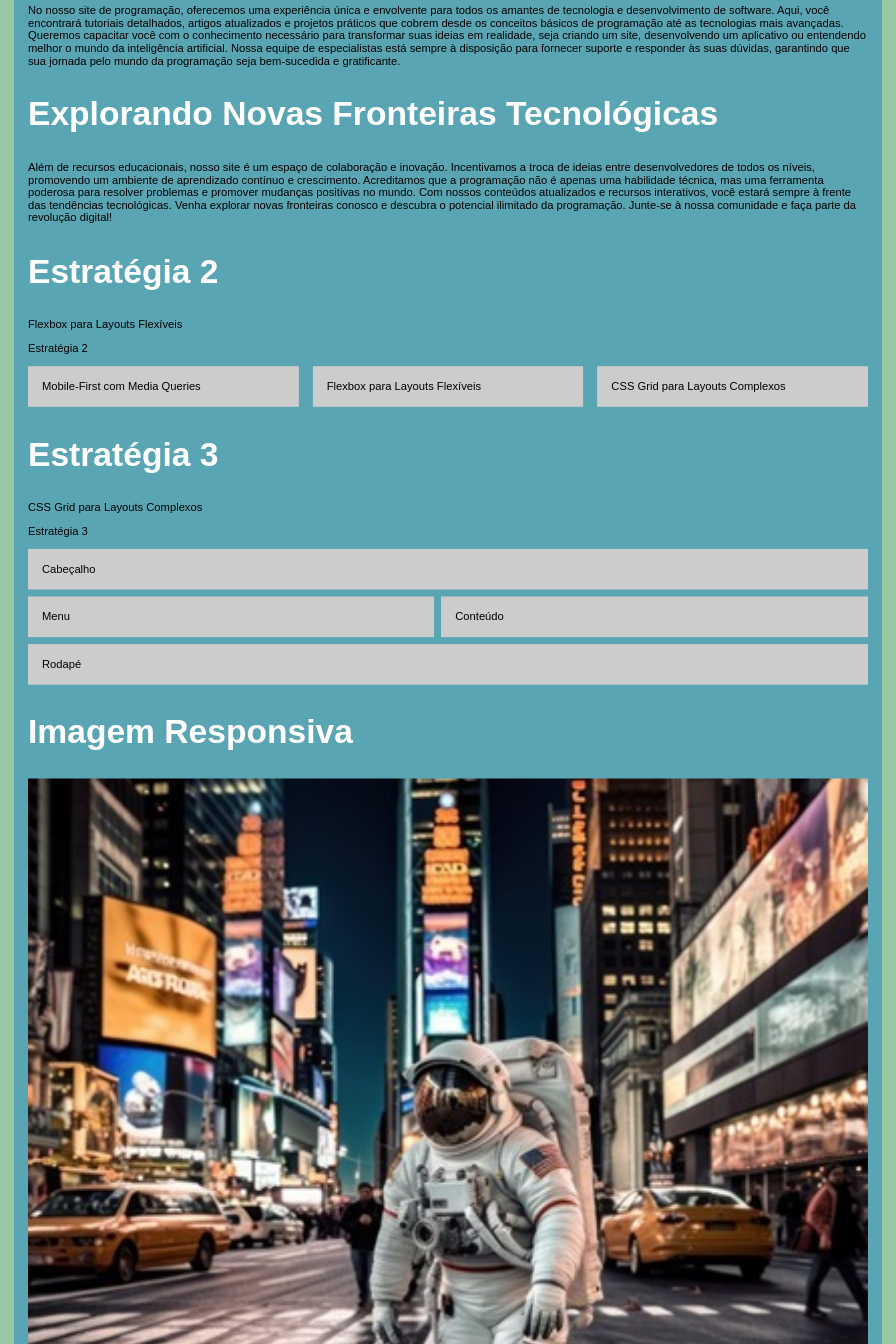
Repository: douglasabnovato/model-lp
Page: index.html
The author's editor kept a copy of each file at every save. The page is drawn from the files as they stood at one save, then again after the next save.
The browser window is 1280 px wide. The pictures show the part of the page from y = 1073 to 2993 px (the page is 7085 px tall before and 7101 px after), at 70% of full size.

Above is the page before, as saved 2025-02-25 17:22:39.

### index.html
<!DOCTYPE html>
<html lang="pt-br">
  <head>
    <meta charset="UTF-8" />
    <meta name="viewport" content="width=device-width, initial-scale=1.0" />
    <title>Devs Épicos</title>
    <link rel="stylesheet" type="text/css" href="./style.css" />
  </head>
  <body>
    <header>
      <h2>Meu Site Incrível</h2>
    </header>
    <main>
      <img class="banner" src="./assets/cafe-escritor-1500.jpg" alt="Banner" />

      <h1>Bem-vindo ao Universo da Programação</h1>

      <p>
        No nosso site de programação, oferecemos uma experiência única e
        envolvente para todos os amantes de tecnologia e desenvolvimento de
        software. Aqui, você encontrará tutoriais detalhados, artigos
        atualizados e projetos práticos que cobrem desde os conceitos básicos de
        programação até as tecnologias mais avançadas. Queremos capacitar você
        com o conhecimento necessário para transformar suas ideias em realidade,
        seja criando um site, desenvolvendo um aplicativo ou entendendo melhor o
        mundo da inteligência artificial. Nossa equipe de especialistas está
        sempre à disposição para fornecer suporte e responder às suas dúvidas,
        garantindo que sua jornada pelo mundo da programação seja bem-sucedida e
        gratificante.
      </p>

      <h2>Explorando Novas Fronteiras Tecnológicas</h2>

      <p>
        Além de recursos educacionais, nosso site é um espaço de colaboração e
        inovação. Incentivamos a troca de ideias entre desenvolvedores de todos
        os níveis, promovendo um ambiente de aprendizado contínuo e crescimento.
        Acreditamos que a programação não é apenas uma habilidade técnica, mas
        uma ferramenta poderosa para resolver problemas e promover mudanças
        positivas no mundo. Com nossos conteúdos atualizados e recursos
        interativos, você estará sempre à frente das tendências tecnológicas.
        Venha explorar novas fronteiras conosco e descubra o potencial ilimitado
        da programação. Junte-se à nossa comunidade e faça parte da revolução
        digital!
      </p>

      <h2>Estratégia 2</h2>
      <p>Flexbox para Layouts Flexíveis</p>
      <p>Estratégia 2</p>
      <div class="flex-container">
        <div class="flex-item">Mobile-First com Media Queries</div>
        <div class="flex-item">Flexbox para Layouts Flexíveis</div>
        <div class="flex-item">CSS Grid para Layouts Complexos</div>
      </div>

      <h2>Estratégia 3</h2>
      <p>CSS Grid para Layouts Complexos</p>
      <p>Estratégia 3</p>
      <div class="grid-container">
        <div class="grid-item">Cabeçalho</div>
        <div class="grid-item">Menu</div>
        <div class="grid-item">Conteúdo</div>
        <div class="grid-item">Rodapé</div>
      </div>

      <h2>Imagem Responsiva</h2>
      <div class="imgResponsive">
        <img src="./assets/astronauta-418.jpg" alt="Astronauta" />
      </div>

      <h2>Estratégia 4</h2>
      <p>Flexbox</p>
      <div class="container-flex-mae-1">
        <div class="filha-1">
          <img src="./assets/developer-1.png" alt="Descrição 1" />
          <h2>Título 1</h2>
          <p>Texto descritivo para a primeira div.</p>
        </div>
        <div class="filha-1">
          <img src="./assets/developer-2.png" alt="Descrição 2" />
          <h2>Título 2</h2>
          <p>Texto descritivo para a segunda div.</p>
        </div>
        <div class="filha-1">
          <img src="./assets/developer-3.png" alt="Descrição 3" />
          <h2>Título 3</h2>
          <p>Texto descritivo para a terceira div.</p>
        </div>
        <div class="filha-1">
          <img src="./assets/dev-1.png" alt="Descrição 4" />
          <h2>Título 4</h2>
          <p>Texto descritivo para a 4a div.</p>
        </div>
        <div class="filha-1">
          <img src="./assets/dev-2.png" alt="Descrição 5" />
          <h2>Título 5</h2>
          <p>Texto descritivo para a 5a div.</p>
        </div>
        <div class="filha-1">
          <img src="./assets/dev-3.png" alt="Descrição 6" />
          <h2>Título 6</h2>
          <p>Texto descritivo para a 6a div.</p>
        </div>
        <div class="filha-1">
          <img src="./assets/dev-4.png" alt="Descrição 7" />
          <h2>Título 7</h2>
          <p>Texto descritivo para a 7a div.</p>
        </div>
      </div>

      <h2>Estratégia 5</h2>
      <p>CSS Grid</p>
      <div class="container-flex-mae-2">
        <div class="filha-2">
          <img src="./assets/developer-1.png" alt="Descrição 1" />
          <h2>Título 1</h2>
          <p>Texto descritivo para a primeira div.</p>
        </div>
        <div class="filha-2">
          <img src="./assets/developer-2.png" alt="Descrição 2" />
          <h2>Título 2</h2>
          <p>Texto descritivo para a segunda div.</p>
        </div>
        <div class="filha-2">
          <img src="./assets/developer-3.png" alt="Descrição 3" />
          <h2>Título 3</h2>
          <p>Texto descritivo para a terceira div.</p>
        </div>

        <div class="filha-2">
          <img src="./assets/dev-1.png" alt="Descrição 4" />
          <h2>Título 4</h2>
          <p>Texto descritivo para a 4a div.</p>
        </div>
        <div class="filha-2">
          <img src="./assets/dev-2.png" alt="Descrição 5" />
          <h2>Título 5</h2>
          <p>Texto descritivo para a 5a div.</p>
        </div>
        <div class="filha-2">
          <img src="./assets/dev-3.png" alt="Descrição 6" />
          <h2>Título 6</h2>
          <p>Texto descritivo para a 6a div.</p>
        </div>
        <div class="filha-2">
          <img src="./assets/dev-4.png" alt="Descrição 7" />
          <h2>Título 7</h2>
          <p>Texto descritivo para a 7a div.</p>
        </div>
      </div>
    </main>
    <footer>
      <h2>Rodapé Informativo</h2>
    </footer>
  </body>
</html>

### style.css
/* Estilos base para mobile */
body {
  font-family: Arial, sans-serif;
  margin: 0;
  background-color: #65691c77;
}

h2 {
  color: white;
  font-size: clamp(2rem, 5vw, 3rem);
}

header,
main,
footer {
  padding: 20px;
}

header {
  background-color: #5b0a8777;
}

main {
  background-color: #157bc077;
}

.banner {
  width: 100%;
  height: auto;
}

.flex-container {
  display: flex;
  flex-wrap: wrap;
  gap: 20px;
}

.flex-item {
  background-color: #ccc;
  padding: 20px;
  flex: 1 1 200px;
  box-sizing: border-box;
}

.grid-container {
  display: grid;
  grid-template-areas:
    "header header"
    "menu content"
    "footer footer";
  grid-gap: 10px;
}

.grid-item {
  background-color: #ccc;
  padding: 20px;
}

.grid-item:nth-child(1) {
  grid-area: header;
}

.grid-item:nth-child(2) {
  grid-area: menu;
}

.grid-item:nth-child(3) {
  grid-area: content;
}

.grid-item:nth-child(4) {
  grid-area: footer;
}

.imgResponsive {
  margin: 0;
  padding: 0;
}

img {
  width: 100%;
  height: auto;
}

footer {
  background-color: #b81b9377;
}

/* Media Query para telas maiores */
@media (min-width: 768px) {
  body {
    background-color: #238d4377;
  }

  header,
  main,
  footer {
    max-width: 1200px;
    margin: 0 auto;
  }
}

.container-flex-mae-1 {
  display: flex;
  flex-wrap: wrap; /* Permite que as divs filhas "quebrem" para a próxima linha em telas menores */
  justify-content: space-between; /* Espaça as divs uniformemente */
}

.filha-1 {
  flex: 1 1 30%; /* Cresce, encolhe e ocupa inicialmente 30% do espaço */
  box-sizing: border-box; /* Inclui padding e border no total da largura e altura */
  margin: 10px;
  padding: 20px;
  background-color: #f0f0f0;
}

.filha-1 img {
  width: 100%;
  height: auto;
}

.filha-1 h2 {
  font-size: 1.5em;
  margin-top: 10px;
}

.filha-1 p {
  font-size: 1em;
  color: #666;
}

@media (max-width: 768px) {
  .filha-1 {
    flex-basis: 100%; /* Em telas menores, cada div filha ocupa 100% da largura */
  }
}

.container-flex-mae-2 {
  display: grid;
  grid-template-columns: repeat(auto-fit, minmax(250px, 1fr));
  grid-gap: 20px;
}

.filha-2 {
  background-color: #f9f9f9;
  padding: 2rem;
  box-sizing: border-box;
}

.filha-2 h2 {
  font-size: clamp(1.2rem, 2.5vw, 2rem);
  transition: transform 0.3s;
}

.filha-2:hover {
  transform: scale(1.05);
}

After the next save:
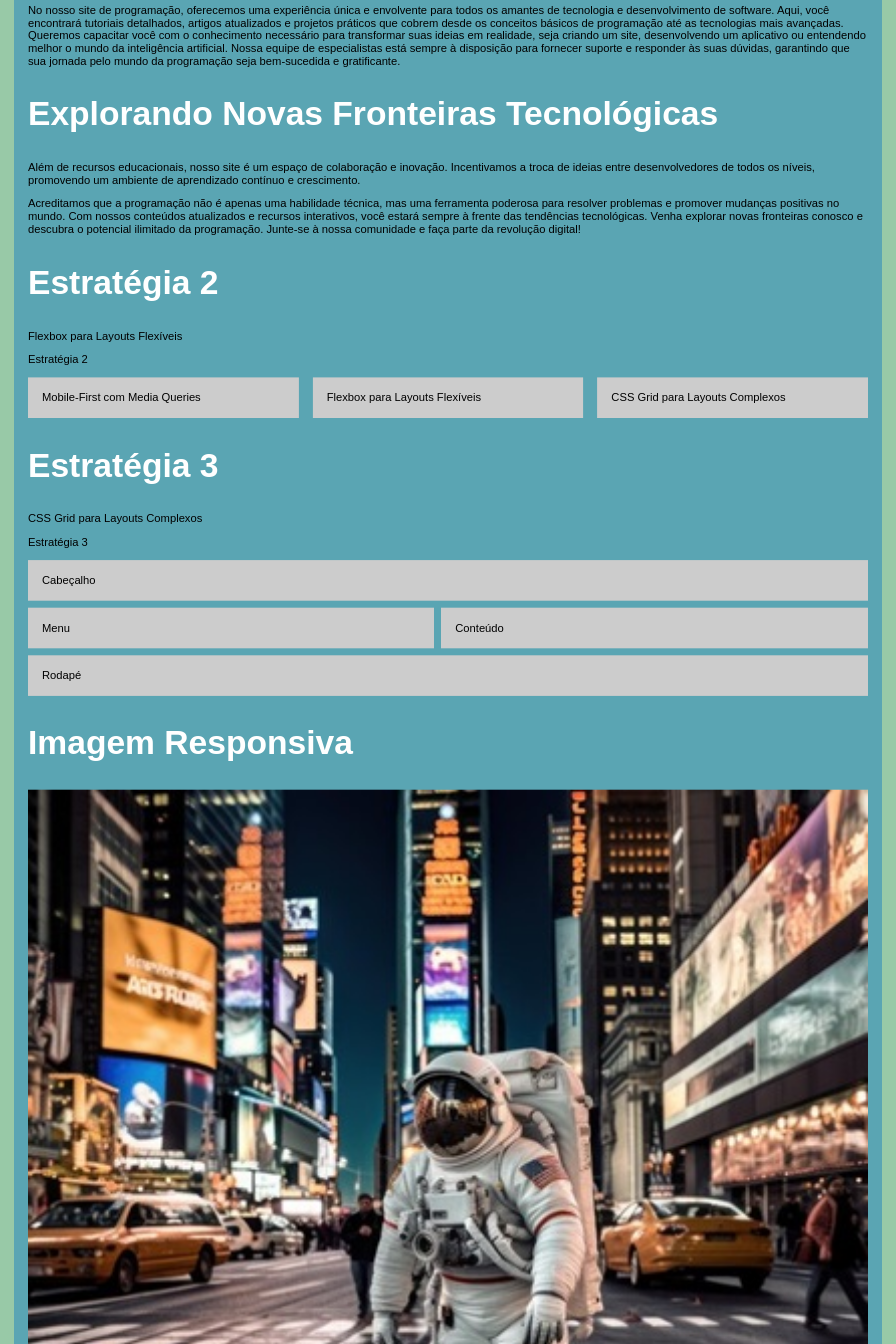
Saved 66 s later.
--- a/index.html
+++ b/index.html
@@ -33,8 +33,7 @@
 
       <p>
         Além de recursos educacionais, nosso site é um espaço de colaboração e
-        inovação. Incentivamos a troca de ideias entre desenvolvedores de todos
-        os níveis, promovendo um ambiente de aprendizado contínuo e crescimento.
+        inovação. Incentivamos a troca de ideias entre desenvolvedores de todos os níveis, promovendo um ambiente de aprendizado contínuo e crescimento.</p><p>
         Acreditamos que a programação não é apenas uma habilidade técnica, mas
         uma ferramenta poderosa para resolver problemas e promover mudanças
         positivas no mundo. Com nossos conteúdos atualizados e recursos
